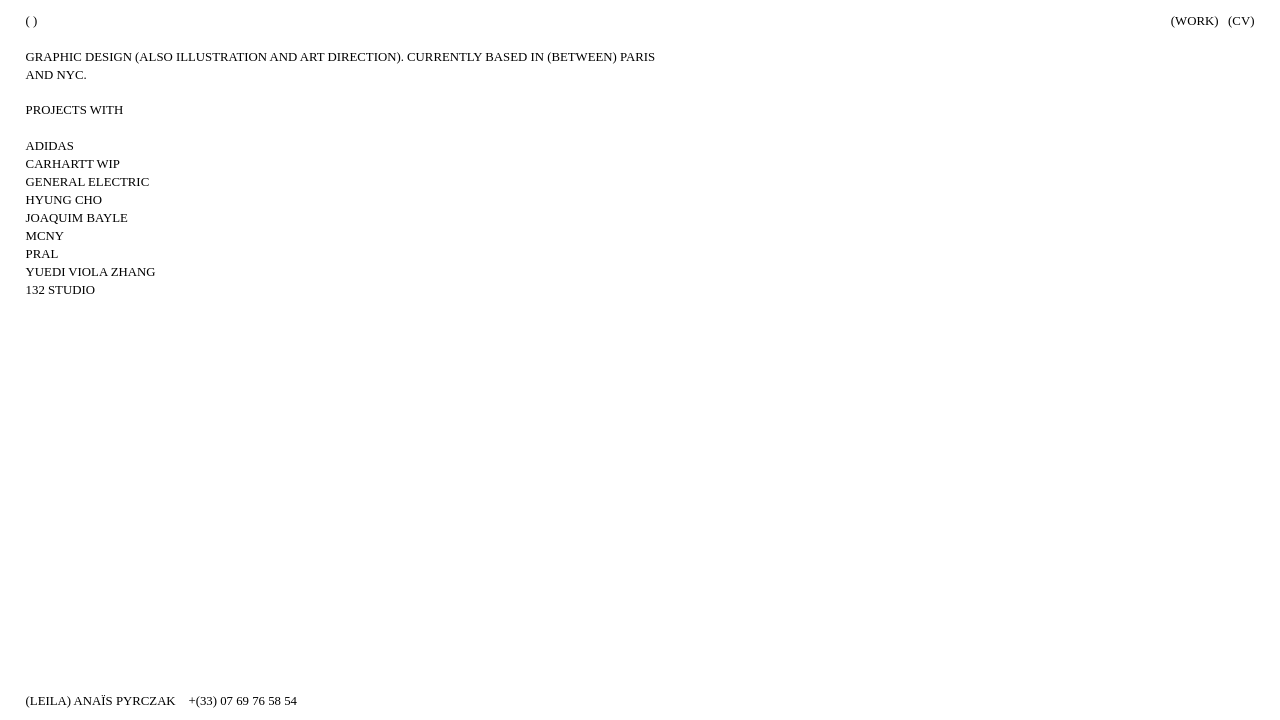
Repository: pyrcl090/site
Page: info.html
An editor plug-in stored every save of this project. The page is shown before and after the next save, followed by the edit.
The browser window is 1280 px wide. The pictures show the whole page.
Some web fonts or font styles are not loaded; a fallback is used.

Above is the page before, as saved 2024-04-12 15:54:11.
Console error: TypeError: Cannot read properties of null (reading 'addEventListener')

### info.html
<!DOCTYPE html>
<html lang="en">
<head>
    <meta charset="UTF-8">
    <meta http-equiv="X-UA-Compatible" content="IE=edge">
    <meta name="viewport" content="width=device-width, initial-scale=1.0">
    <title>anais pyrczak</title>
    <link rel="icon" type="image/x-icon" href="./AP.png">
    <link rel="stylesheet" href="style.css">
    <style>
        html{
            background-color: white;
        }
    </style>
</head>
<body>

  <p class="nav">(<span >LEILA</span>) ANAÏS PYRCZAK &nbsp;&nbsp; +(<span>33</span>) 07 69 76 58 54</p>
  <!-- top right nav -->
  <p class="nav2"><a href="index.html">(<span >WORK</span>)</a>&nbsp;&nbsp;
    <a href="CV_Leila_Anais_Pyrczak.pdf">(<span >CV</span>)</a></p>
  <!-- top left nav -->
  <p class="nav3">(<span id="img_text"> </span>) &nbsp;&nbsp; <br><br><span id="mp4_text"> GRAPHIC DESIGN (ALSO ILLUSTRATION AND ART DIRECTION). CURRENTLY BASED IN (BETWEEN) PARIS AND NYC.
    <br><br> PROJECTS WITH
    <br><br>
    ADIDAS<br>
    CARHARTT WIP<br>
    GENERAL ELECTRIC<br>
    HYUNG CHO<br>
    JOAQUIM BAYLE<br>
    MCNY<br>
    PRAL<br>
    YUEDI VIOLA ZHANG<br>
    132 STUDIO </span> &nbsp;&nbsp;</p>



<script src="script.js" async defer></script>
</body>
</html>

### style.css
@font-face {
    font-family: 'HMP';
    src: url("hiragino-maru-gothic-pron-w4.otf") format("truetype");
}

html{
    background-color:rgb(255, 255, 255);
}
body::-webkit-scrollbar {
    display: none;
  }
body{
    font-family: 'HMP';
    font-weight: 400;
    font-style: normal;
    font-size: .8em;
    line-height: 1.4em;
    overscroll-behavior-x: none;
    margin: 0%;
    padding: 0%;
    z-index: 0;
}
.dissapear{
    color: transparent;
}
.dissapear:hover{
    color: white;
    transition: .2s;
}

p{
    color: rgb(255, 255, 255);
    mix-blend-mode: exclusion;
}
a{
    color: rgb(255, 255, 255);
    text-decoration: none;
    mix-blend-mode: exclusion;
}
.nav{
    bottom: 1%;
    padding-bottom: 0%;
    padding-left: 2%;
    position: fixed;
    width: 100vw;
    height: 1vh;
    mix-blend-mode: exclusion;
    color: rgb(255, 255, 255);
    z-index: 3;
    overscroll-behavior-x: none;
}
.nav2{
    top: 0%;
    padding-bottom: 1%;
    right: 0%;
    padding-right: 2%;
    text-align: right;
    position: fixed;
    width: 50vw;
    height: 1vh;
    mix-blend-mode: exclusion;
    color: rgb(255, 255, 255);
    z-index: 3;
    overscroll-behavior-x: none;
}
.nav3{
    top: 0%;
    padding-bottom: 1%;
    padding-left: 2%;
    position: fixed;
    width: 50vw;
    height: 1vh;
    z-index: 3;
    overscroll-behavior-x: none;
}
.nav4{
    top: 40%;
    padding-bottom: 1%;
    padding-left: 2%;
    position: fixed;
    width: 50vw;
    height: 1vh;
    z-index: 3;
    overscroll-behavior-x: none;
}
.margin-top{
    margin-top: 80px;
}
.project{
    display: flex;
    flex-direction: row;
}
img.passeport{
    width: 150px;
    height:auto;
    padding-left: 1%;

}
.en{
    padding-left: 2%;
    padding-right: 1%;
    width: 50vw;
    /* text-align-last: right; */
}
.info{
    padding-left: 1%;
}

/* home selects */

.home_imgs{
    width: auto;
    margin-top: 0vh;
    height: 100vh;
    display: flex;
    padding-left: 0vw;
}
.home_container{
    width: auto;
    margin-top: 0vh;
    height: 100vh;
    display: flex;
    padding-left: 0vw;
}

/* are.na channels for individual pages */

  .arenaimgs{
         width: auto;
         margin-top: 0vh;
         height: 100vh;
         display: flex;
         padding-left: 0vw;
  }
  #parent{
          margin-block-start: 0em;
          margin-block-end: 0em;
          margin-inline-start: 0px;
          margin-inline-end: 0px;
          padding-inline-start: 0px;
          padding-inline-end: 0px;
          scroll-padding-inline-end: 0px;
   }
  ul {
          list-style-type: none;
          width: auto;
          height: fit-content;
          margin-block-start: 0em;
          margin-block-end: 0em;
          margin-inline-start: 0vw;
          margin-inline-end: 0px;
          padding-inline-start: 0px;
          padding-inline-end: 0px;
          scroll-padding-inline-end: 0px;
          display: flex;


      }
      .img_container{
        margin-block-start: 0em;
        margin-block-end: 0em;
        margin-inline-start: 0px;
        margin-inline-end: 0px;
        padding-inline-start: 0px;
        padding-inline-end: 0px;
        scroll-padding-inline-end: 0px;
        /* height: 100vh; */
        display: flex;
        flex-direction: column;
      }

      #image-block {

        background-color: none;
        display: flex;
        flex-direction: column;
        /* justify-content: center; */
      }

      iframe{
        width: 100vw;
        height: 40vh;
        z-index: 3;
      }
      iframe.web{
        height: 80vh;
        margin-left: 1%;
        width: 78vw;
        background-color: white;
        border-radius: 10px;
      }

      @media only screen and (max-width: 780px) {
        .nav{
            width: 100vw;
            padding-left: 2%;
        }
        .arenaimgs{
            width: auto;
            margin-top: 5vh;
            height: 90vh;
            margin-bottom: 5vh;
            display: flex;
            padding-left: 1vw;
     }
        iframe.video{
            height: 100vh;
            width: auto;
        }
        iframe{
            width: 98vw;
            margin: 1%;
            height: 40vh;
            z-index: 3;
          }
        iframe.web{
            height: 80vh;
            margin-left: 2%;
            width: 96vw;
            background-color: white;
            border-radius: 10px;
        }
        .margin-top{
            margin-top: 80px;
        }
        .info{
            padding-left: 2%;
        }
        img.passeport{
            width: 130px;
            height:auto;
            padding-left: 2%;
        }
        .highlight.fr{
            margin-bottom: 0%;
            margin-top: 0%;
        }
        .highlight.en{
            margin-bottom: 0%;
        }
      }

### script.js
let img1 = document.querySelector(".img1");
let img2 = document.querySelector(".img2");
let img3 = document.querySelector(".img3");
let img4 = document.querySelector(".img4");
let img5 = document.querySelector(".img5");
let img6 = document.querySelector(".img6");
let img7 = document.querySelector(".img7");
let img8 = document.querySelector(".img8");
let img9 = document.querySelector(".img9");
let img10 = document.querySelector(".img10");
let img11 = document.querySelector(".img11");

let imgtxt = document.querySelector("#img_text");
let mp4txt = document.querySelector("#mp4_text");

img1.addEventListener("mouseover", function(){
    mp4txt.innerHTML = " ";
    imgtxt.innerHTML = "labraderie_POSTER";
});

img2.addEventListener("mouseover", function(){
    mp4txt.innerHTML = " ";
    imgtxt.innerHTML = "rusałka_TYPEFACE";
});

// img3.addEventListener("mouseover", function(){
//     mp4txt.innerHTML = "";
//     imgtxt.innerHTML = "perfectdesigns_POSTER";
// });

img4.addEventListener("mouseover", function(){
    mp4txt.innerHTML = " ";
    imgtxt.innerHTML = "sledz_BRANDING";
});

// img5.addEventListener("mouseover", function(){
//     mp4txt.innerHTML = "preciouscarharttWIP_ANIMATION";
//     imgtxt.innerHTML = "";
// });

img6.addEventListener("mouseover", function(){
    mp4txt.innerHTML = " ";
    imgtxt.innerHTML = "signaletiquechiottes_FUNSHIT";
});

img7.addEventListener("mouseover", function(){
    mp4txt.innerHTML = " ";
    imgtxt.innerHTML = "(e)3_BOOK";
});

img8.addEventListener("mouseover", function(){
    mp4txt.innerHTML = " ";
    imgtxt.innerHTML = "yasashii_IDENTITY";
});

img9.addEventListener("mouseover", function(){
    mp4txt.innerHTML = " ";
    imgtxt.innerHTML = "recettesgenerees_BOOK";
});

img10.addEventListener("mouseover", function(){
    mp4txt.innerHTML = " ";
    imgtxt.innerHTML = "perishables_BOOK";
});

img11.addEventListener("mouseover", function(){
    mp4txt.innerHTML = "ffxpral_VIDEO";
    imgtxt.innerHTML = " ";
});


// event listener text
// labraderie
// whitefinproject
// sledz
// preciouscarharttWIP
// signaletiquechiottes
// (e)
// lepasdecote
// recettesgenerees

After the next save:
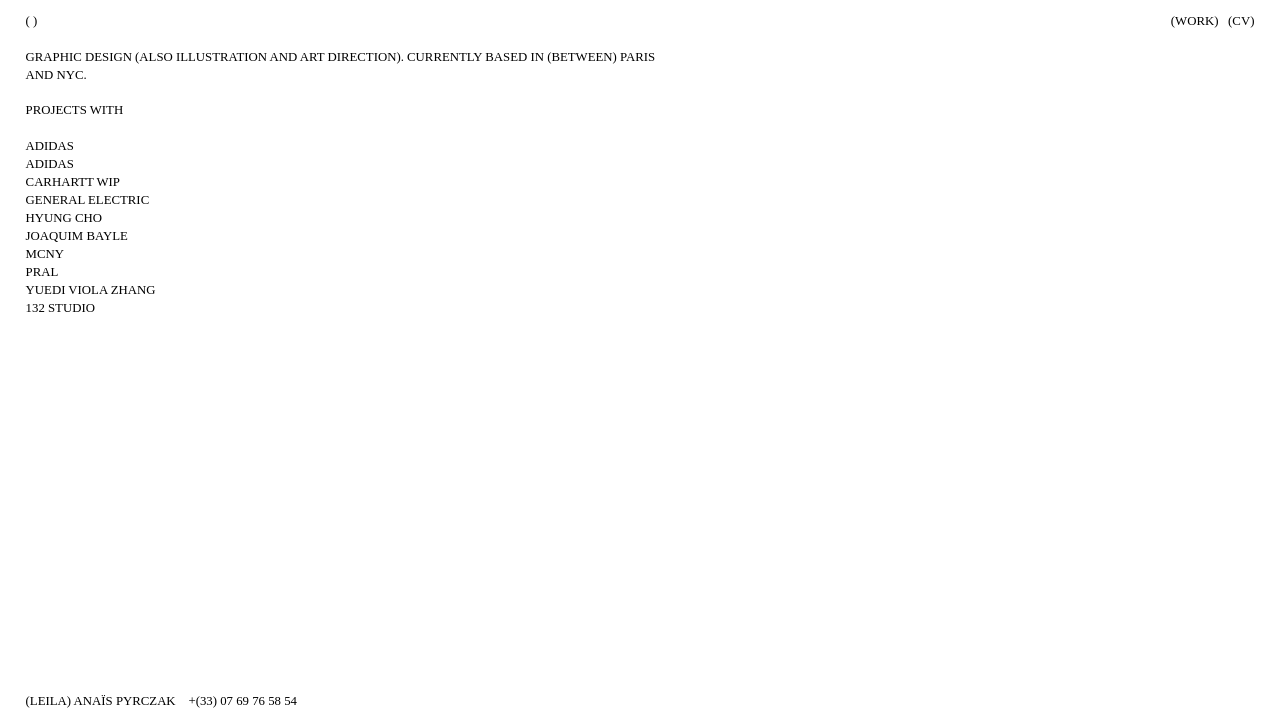
Saved 62 s later.
--- a/info.html
+++ b/info.html
@@ -24,6 +24,7 @@
     <br><br> PROJECTS WITH
     <br><br>
     ADIDAS<br>
+    ADIDAS<br>
     CARHARTT WIP<br>
     GENERAL ELECTRIC<br>
     HYUNG CHO<br>
